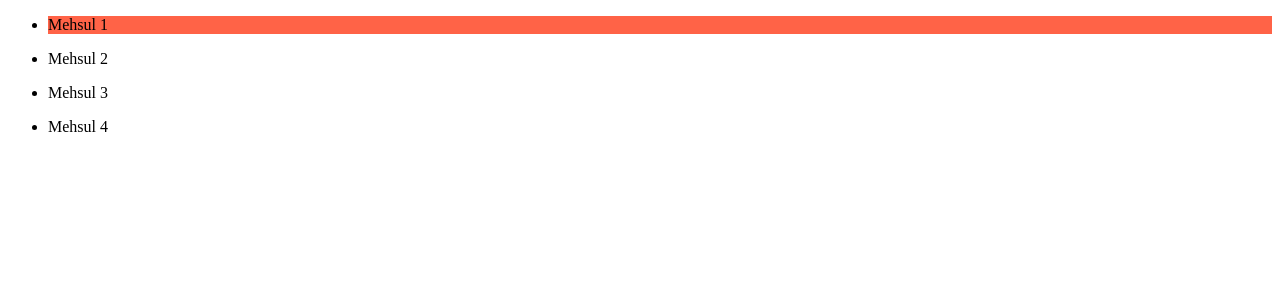
Repository: AytacSafarova/task-111
Page: index.html
These files come from the project's save history. The page is drawn as it stood at one moment and after a run of saves; the edit follows.
The browser window is 1280 px wide. The pictures show the whole page.

Above is the page before, as saved 2023-09-16 18:15:33.

After the next 2 saves:
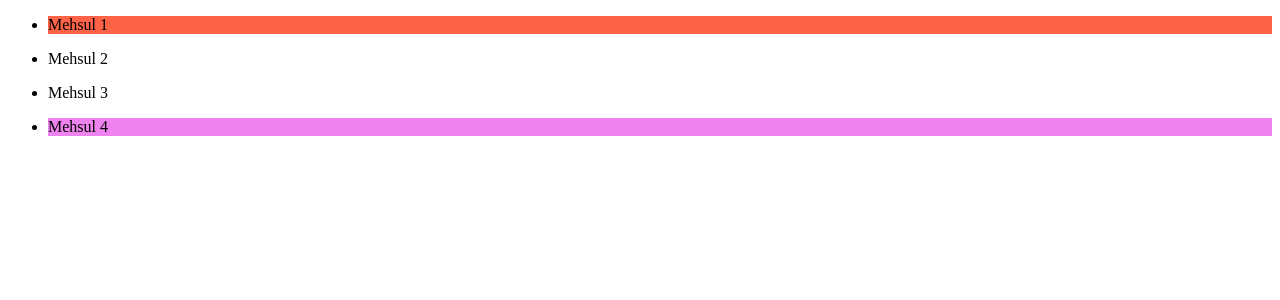
The 2 saves are shown as one change because they came seconds apart.
The last was saved 6 s later.
--- a/index.css
+++ b/index.css
@@ -3,4 +3,6 @@
 li:first-child{
     background-color: tomato;
 }
-li:last
+li:last-child{
+    background-color: violet;
+}
